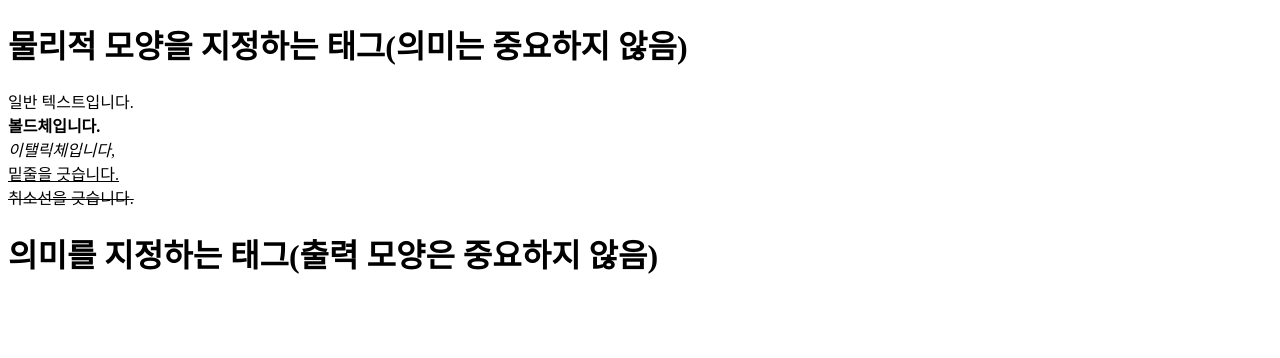
Repository: ssj5037/Class-Study
Page: [5] HTML, CSS, JavaScript/ClientTest/WebContent/Ex09_style.html
An editor plug-in stored every save of this project. The page is shown before and after the next save, followed by the edit.
The browser window is 1280 px wide. The pictures show the whole page.

Above is the page before, as saved 2020-06-19 00:43:47.

### [5] HTML, CSS, JavaScript/ClientTest/WebContent/Ex09_style.html
<!DOCTYPE html>
<html>
<head>
<meta charset="UTF-8">
<title>Insert title here</title>
</head>
<body>

	<!-- Ex09_style.html -->

	<h1>물리적 모양을 지정하는 태그(의미는 중요하지 않음)</h1>
	일반 텍스트입니다.<br>
	<b>볼드체입니다.</b><br> <!-- bold -->
	<i>이탤릭체입니다,</i><br> <!-- italic -->
	<u>밑줄을 긋습니다.</u><br> <!-- underline -->
	<strike>취소선을 긋습니다.</strike><br> <!--  -->

	<h1>의미를 지정하는 태그(출력 모양은 중요하지 않음)</h1>

</body>
</html>

After the next save:
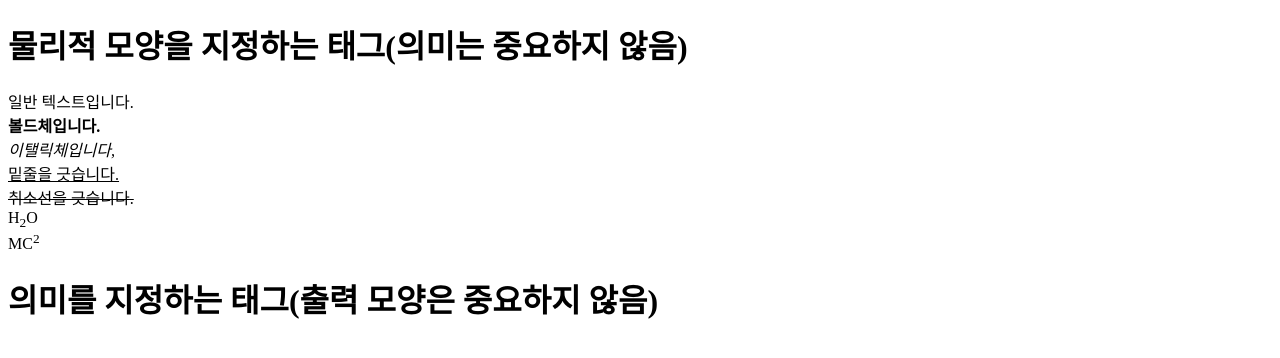
Saved 83 s later.
--- a/[5] HTML, CSS, JavaScript/ClientTest/WebContent/Ex09_style.html
+++ b/[5] HTML, CSS, JavaScript/ClientTest/WebContent/Ex09_style.html
@@ -13,7 +13,9 @@
 	<b>볼드체입니다.</b><br> <!-- bold -->
 	<i>이탤릭체입니다,</i><br> <!-- italic -->
 	<u>밑줄을 긋습니다.</u><br> <!-- underline -->
-	<strike>취소선을 긋습니다.</strike><br> <!--  -->
+	<strike>취소선을 긋습니다.</strike><br>
+	H<sub>2</sub>O<br> <!-- 밑첨자 -->
+	MC<sup>2</sup><br> <!-- 윗첨자 -->
 
 	<h1>의미를 지정하는 태그(출력 모양은 중요하지 않음)</h1>
 
